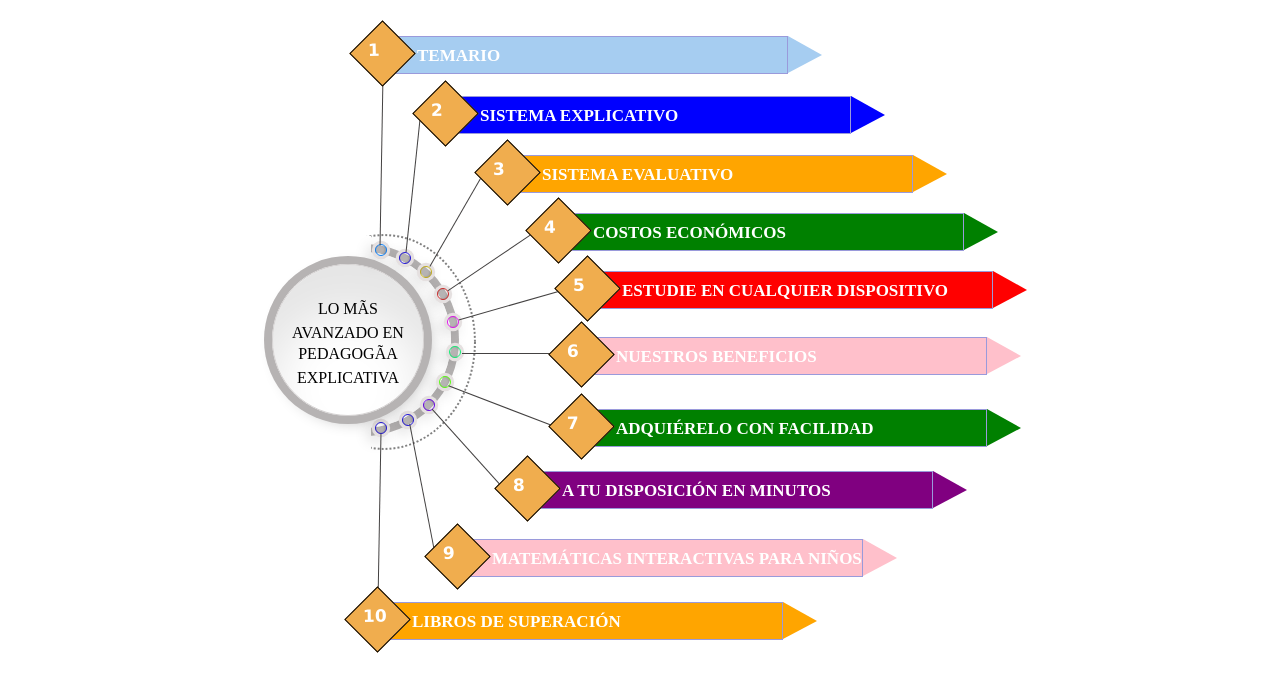
Repository: jennymoreno94/Menu
Page: index.html
These files come from the project's save history. The page is drawn as it stood at one moment and after the next save; the edit follows.
The browser window is 1280 px wide. The pictures show the whole page.

Above is the page before, as saved 2021-08-01 22:23:34.

After the next save:
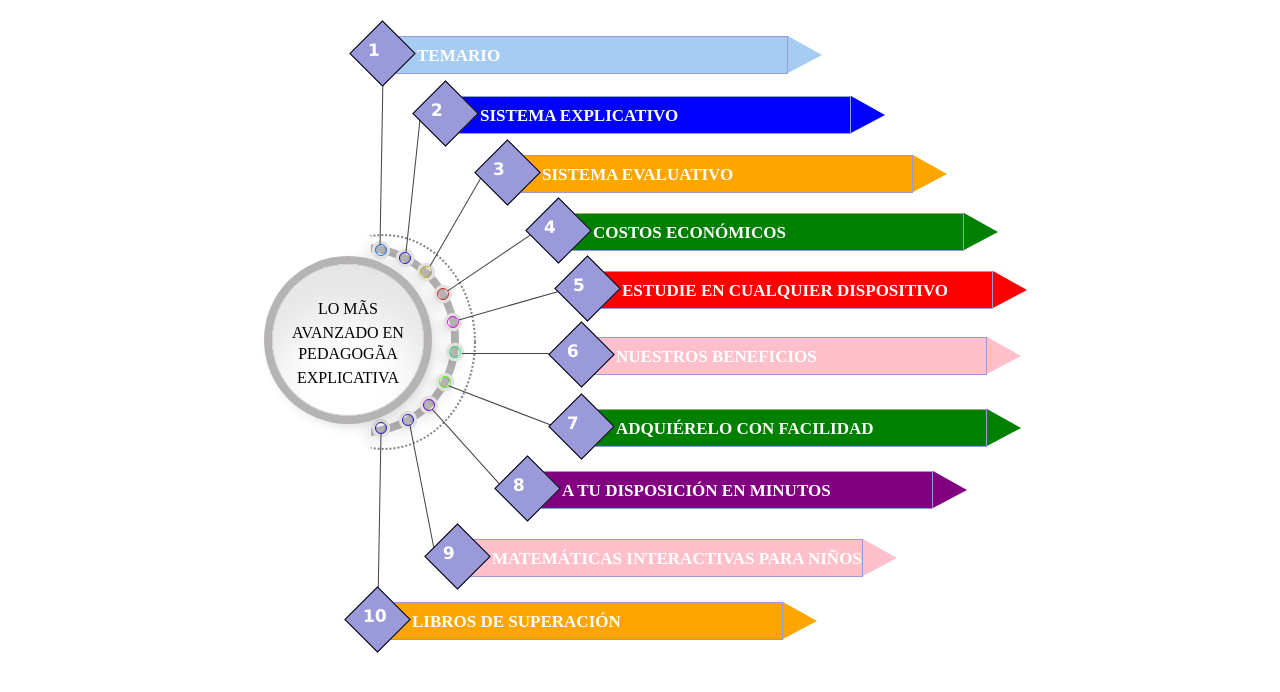
Saved 51 s later.
--- a/estilo.css
+++ b/estilo.css
@@ -329,7 +329,7 @@ p {
     content: "";
     width: 45px;
     height: 45px;
-    background: #f0ad4e;
+    background: var(--color);
     -webkit-transform: rotate(45deg);
     -moz-transform: rotate(45deg);
     -ms-transform: rotate(45deg);
